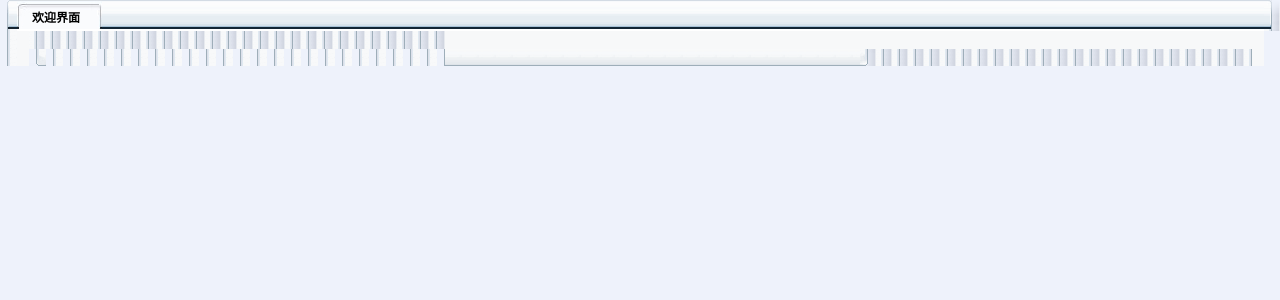
Repository: wzhcxw/shop
Page: ShopOnline/WebContent/admin/right.html
The author's editor kept a copy of each file at every save. The page is drawn from the files as they stood at one save, then again after the next save.
The browser window is 1280 px wide. The pictures show the whole page.

Above is the page before, as saved 2014-09-25 01:29:26.

After the next save:
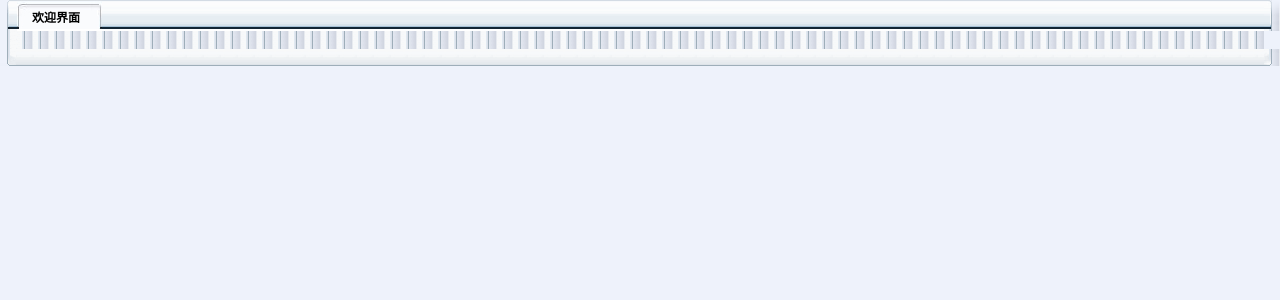
Saved 98 s later.
--- a/ShopOnline/WebContent/admin/right.html
+++ b/ShopOnline/WebContent/admin/right.html
@@ -23,7 +23,7 @@
   </tr>
   <tr>
     <td valign="middle" background="../admin/images/mail_leftbg.gif">&nbsp;</td>
-    <td valign="top" bgcolor="#F7F8F9"><table width="98%" border="0" align="center" cellpadding="0" cellspacing="0">
+
 
 
 
